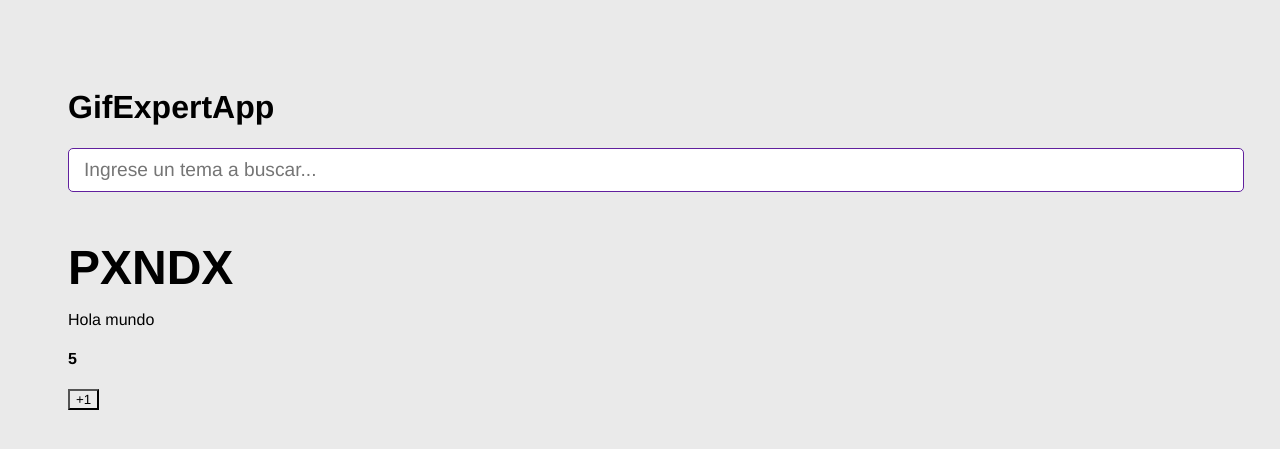
Repository: AlanColliDev/CursoReact
Page: /
These files come from the project's save history. The page is drawn as it stood at one moment and after the next save; the edit follows.
The browser window is 1280 px wide. The pictures show the whole page.
The page's requests for data from a server got no answer. The project was rebuilt for these pictures with package versions that can differ from the ones it lists, and the page was loaded fresh each time. No one was signed in, and anything a server would have sent is missing. Also part of the build but not shown: vite.config.js.

Above is the page before, as saved 2022-07-21 01:11:14.

### src/main.jsx
import React from 'react';
import ReactDOM from 'react-dom/client';
import { GifExpertApp } from './GifExpertApp';
import './styles.css';

ReactDOM.createRoot(document.getElementById('root')).render(
  // <React.StrictMode>
    <GifExpertApp />
  // </React.StrictMode>
);

### src/GifExpertApp.jsx
import { AddCategory } from './components/AddCategory';
import { GifGrid } from './components/GifGrid';
import { useState } from 'react';
/**Se le pone el JSX porque no es unicamente un archivo JS, ya que en su interior contendrá un functional component */
// import React from 'react' --despues de la v17 de react ya no es necesario estarlo importando en cada file
export const GifExpertApp = () => {

   const [categories, setCategories] = useState([ 'PXNDX' ])

   const OnAddCategory = (category) => {
      if( categories.includes(category) ) return;
      setCategories( [category, ...categories] );
   }
   // aJ16I10gt55ey1OiM8UpKKHQbomn51i3

   return (
   <>
      <h1>GifExpertApp</h1>

      <AddCategory HandleAddCategory = { OnAddCategory } />

         {
            categories.map( ( category ) => (
               <GifGrid
                  key={category}
                  category = {category}
               />
            ))
         }

   </>
  )
}

### src/components/AddCategory.jsx
import { useState } from 'react';


export const AddCategory = ({ HandleAddCategory }) => {

    const [category, setCategory] = useState('');

    const OnChangeCategory = (e) => {
        setCategory(e.target.value);
    }
    // evento que se ejecuta al dar enter en el boton
    const OnSubmitForm = (event) => {
        event.preventDefault();
        if(category.length <= 1) return;
        // HandleAddCategory([category]);//este era la forma en que yo lo hice, pero esto genera que se sobreescriba todo el arreglo
    /**La manera correcta es hacer un callback del Setter, para obtener el estado actual y asignar el valor nuevo */
        // HandleAddCategory((categories) => [category, ...categories]); ya no se usa porque ahora es de la otra manera
        HandleAddCategory(category.trim());
        setCategory('');
    }

    return (
        <form onSubmit={(event) => OnSubmitForm(event) }>
            <input
                type = "text"
                placeholder = "Ingrese un tema a buscar..."
                value = { category }
                onChange = { OnChangeCategory }
            />
        </form>
    )
}

### src/components/GifGrid.jsx
import { useEffect, useState } from 'react';
import { getGifs } from '../helpers/getGifs';

// nunca se debe de llamar expliscitamante a una funcion en un functional component, porque se reprocesa
export const GifGrid = ({ category }) => {

    const [counter, setCounter] = useState(5);

    getGifs(category);
    // Si uso AWAIT, la funcion debe ser async
    return (
        <>
            <h3>{ category }</h3>
            <p>Hola mundo</p>
            <h4>{counter}</h4>

            <button onClick={() => setCounter(counter + 1) }>+1</button>
        </>
    )
}

### src/helpers/getGifs.js
export const getGifs = async (category) => {
    const uri = `https://api.giphy.com/v1/gifs/search?api_key=aJ16I10gt55ey1OiM8UpKKHQbomn51i3&q=${ category }`;
    const response = await fetch( uri );
    const { data } = await response.json();

    const gifs = data.map(gif => ({
        id: gif.id,
        title: gif.title,
        url: gif.images.downsized_medium.url
    }));

    console.log(gifs);
    return gifs;
};

Loaded but not shown: index.html (common file); src/styles.css (common file)

After the next save:
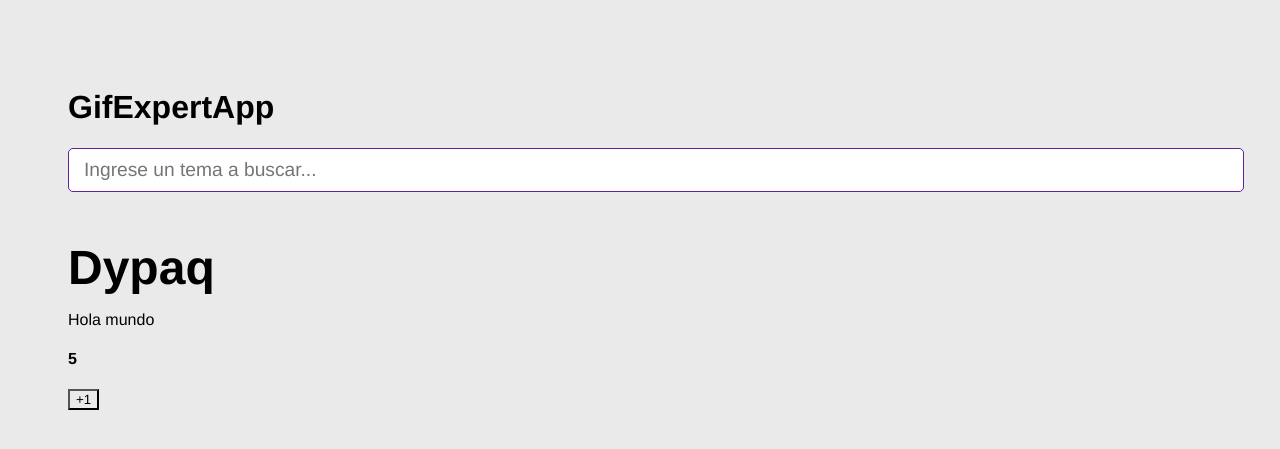
Saved 2 days later.
--- a/src/GifExpertApp.jsx
+++ b/src/GifExpertApp.jsx
@@ -5,7 +5,7 @@
 // import React from 'react' --despues de la v17 de react ya no es necesario estarlo importando en cada file
 export const GifExpertApp = () => {
 
-   const [categories, setCategories] = useState([ 'PXNDX' ])
+   const [categories, setCategories] = useState([ 'Dypaq' ])
 
    const OnAddCategory = (category) => {
       if( categories.includes(category) ) return;
